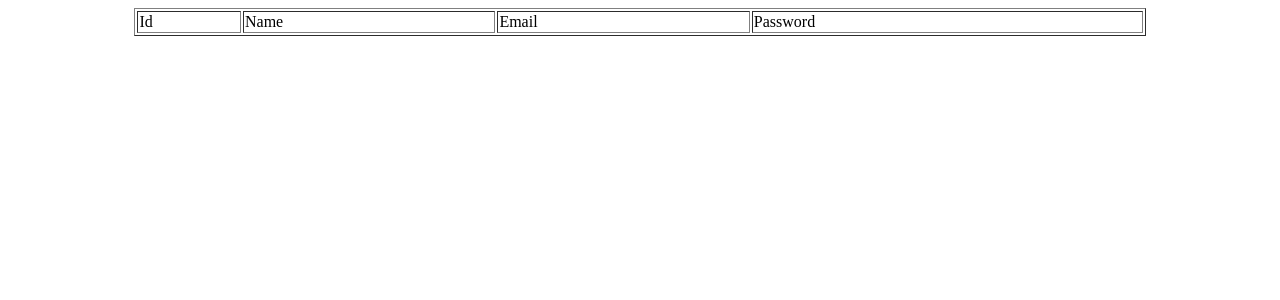
Repository: MorPhingG/JavaWeb
Page: http://localhost/Login/List.jsp
An editor plug-in stored every save of this project. The page is shown before and after the next save, followed by the edit.
The browser window is 1280 px wide. The pictures show the whole page.
The page is served by Tomcat 9. Queries for data that is not in the repository find no rows.

Above is the page before, as saved 2016-04-24 22:21:27.

After the next save:
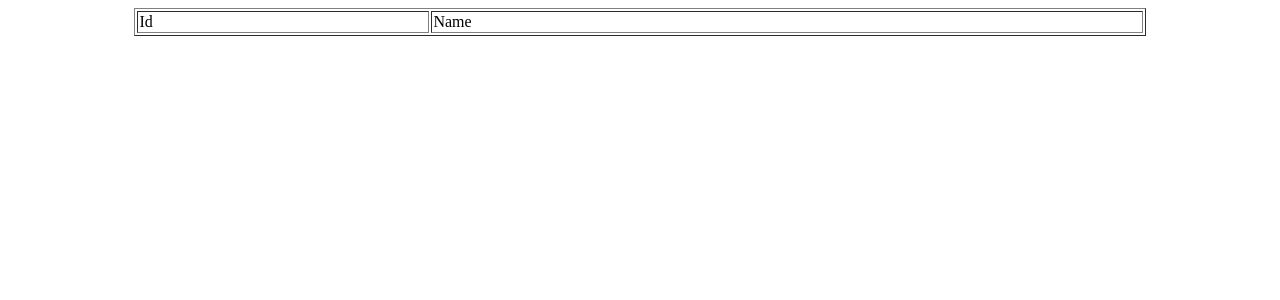
Saved 37 s later.
--- a/Login/WebContent/List.jsp
+++ b/Login/WebContent/List.jsp
@@ -33,21 +33,15 @@ try{
 		<tr>
 			<td>Id</td>
 			<td>Name</td>
-			<td>Email</td>
-			<td>Password</td>
 		</tr>
 <%
 	while(rs.next()){
 		int id = rs.getInt(1);
 		String name = rs.getString(2);
-		String email = rs.getString(3);
-		String password = rs.getString(4);
 %>
 	<tr>
 		<td><%=id%></td>
 		<td><%=name%></td>
-		<td><%=email%></td>
-		<td><%=password%></td>
 	</tr>
 <%
 	}
